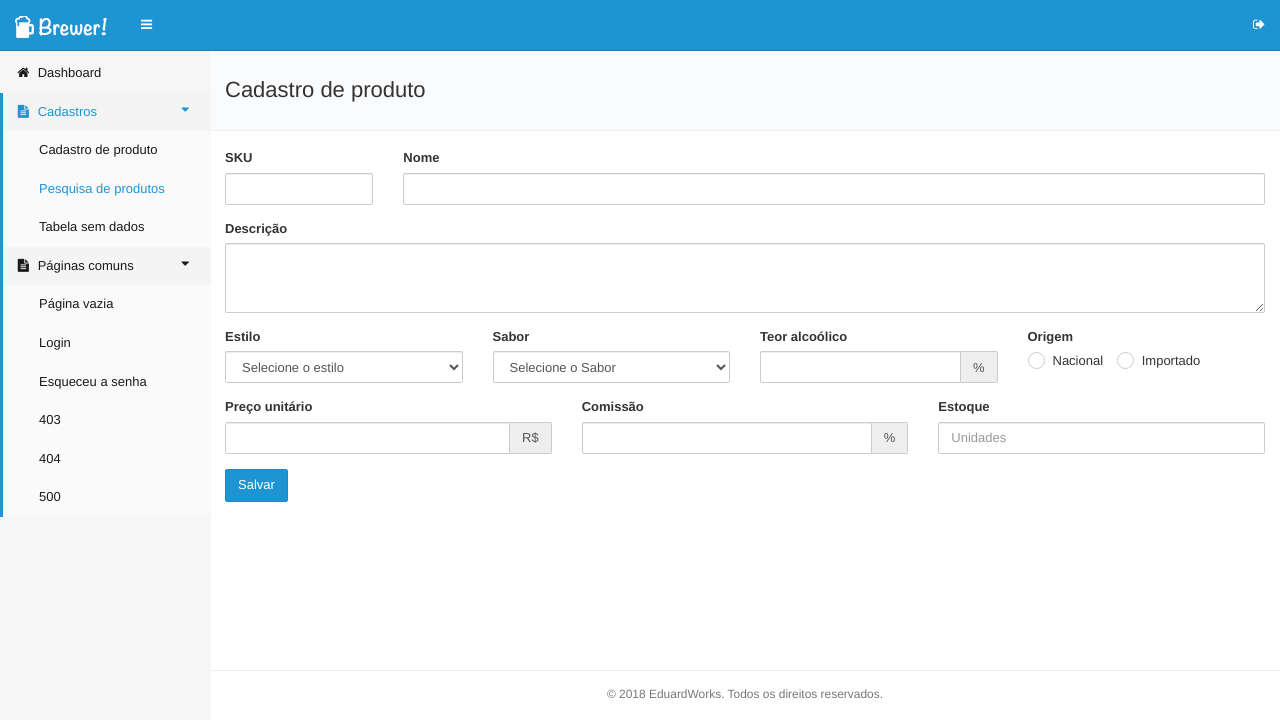
Repository: dumuller/spring-expert
Page: http://localhost/cerveja/CadastroCerveja
An editor plug-in stored every save of this project. The page is shown before and after the next save, followed by the edit.
The browser window is 1280 px wide. The pictures show the whole page.
The page is this project's Thymeleaf template; nobody is signed in. The template is opened directly, without the code that normally fills it, so the values that code supplies are empty.

Above is the page before, as saved 2018-12-10 16:55:27.

After the next save:
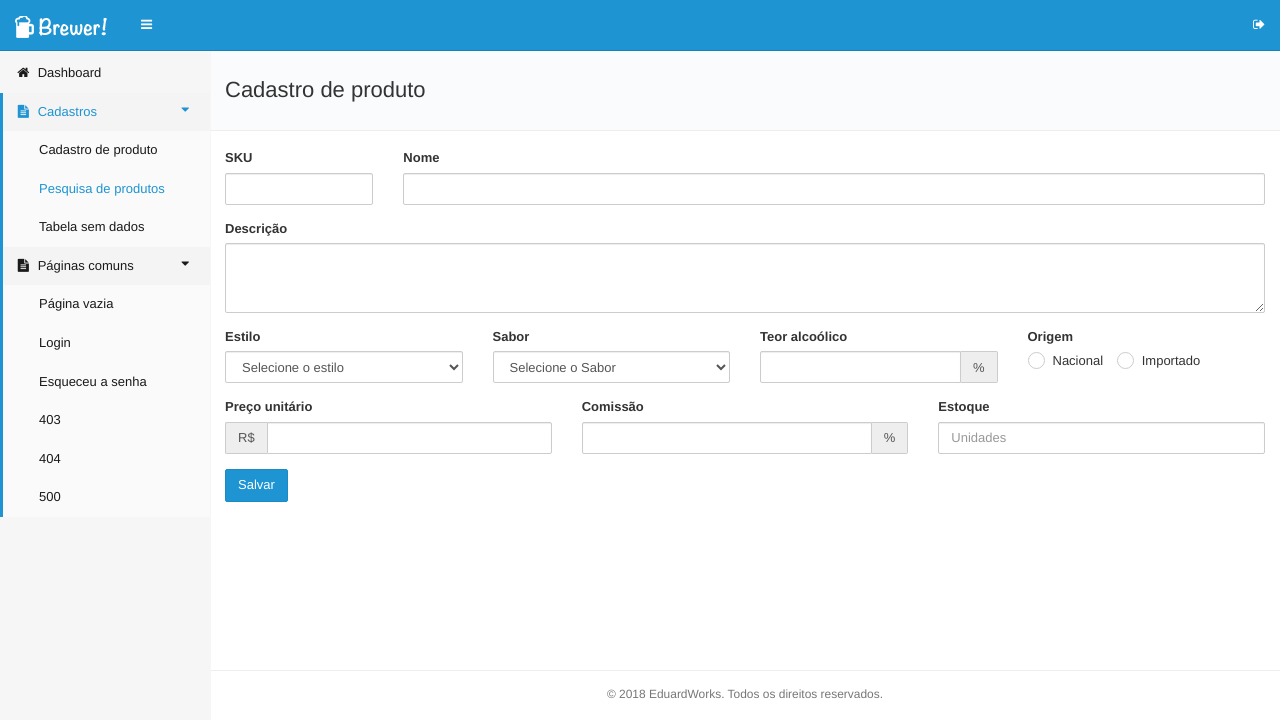
Saved 46 s later.
--- a/brewer/src/main/resources/templates/cerveja/CadastroCerveja.html
+++ b/brewer/src/main/resources/templates/cerveja/CadastroCerveja.html
@@ -184,8 +184,8 @@
 						<div class="form-group">
 							<label for="preco">Preço unitário</label>
 							<div class="input-group">
+								<div class="input-group-addon">R$</div>
 								<input id="preco" type="text" class="form-control"/>
-								<div class="input-group-addon">R$</div>
 							</div>
 						</div>
 					</div>
